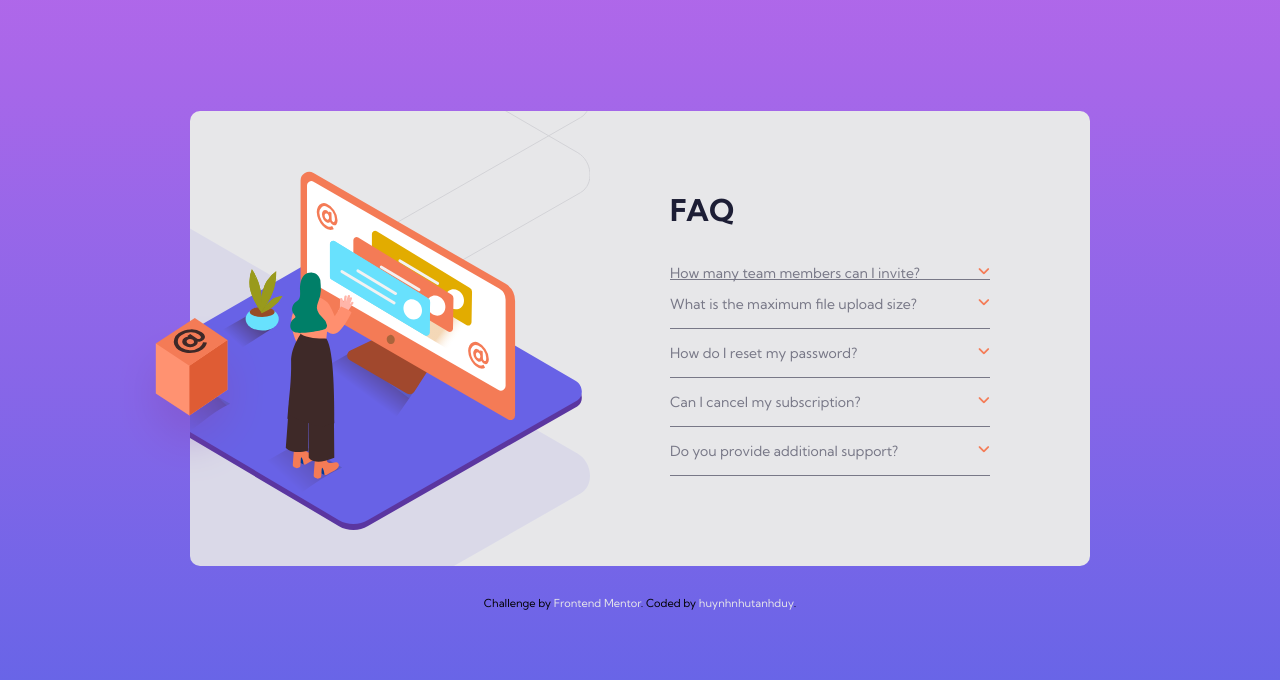
Repository: huynhnhutanhduy/faq-accordion-card
Page: index.html
These files come from the project's save history. The page is drawn as it stood at one moment and after the next save; the edit follows.
The browser window is 1280 px wide. The pictures show the whole page.
After loading, the first visible `div.card-item__header` was clicked once.

Above is the page before, as saved 2022-10-21 20:53:35.

After the next save:
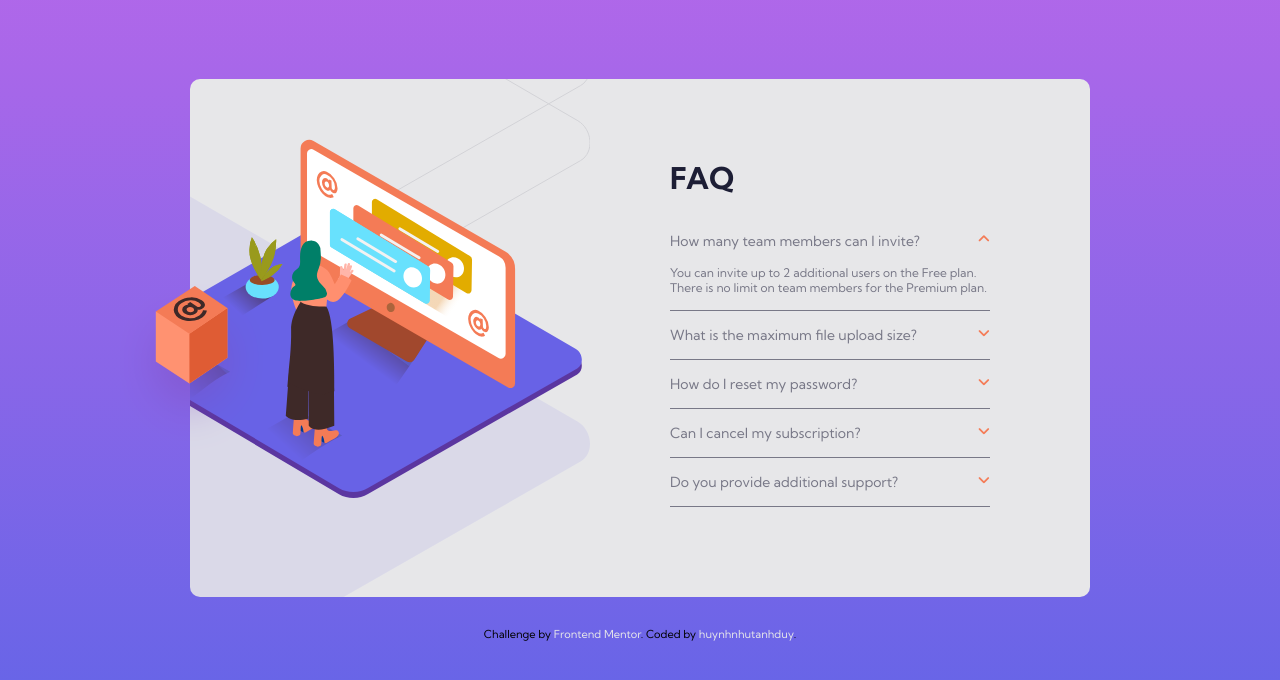
Saved 50 s later.
--- a/app.js
+++ b/app.js
@@ -1,20 +1,14 @@
 const header = document.querySelectorAll(".card-item__header");
 const icon = document.querySelector(".card-item__header-icon");
-// [...header].forEach((item) => item.addEventListener("click", handleClick));
-// function handleClick(e) {
-//   const content = e.target.nextElementSibling;
-//   content.classList.toggle("is-active");
-//   console.log(content.style.height);
-//   console.log(content.offsetHeight);
-//   console.log(content.scrollHeight);
-//   // content.style.height = content.scrollHeight;
+[...header].forEach((item) => item.addEventListener("click", handleClick));
+function handleClick(e) {
+  const content = e.target.nextElementSibling;
+  content.classList.toggle("is-active");
+  console.log(content.style.height);
+  console.log(content.offsetHeight);
+  console.log(content.scrollHeight);
+  // content.style.height = content.scrollHeight;
 
-//   icon.classList.toggle("fa-angle-down");
-//   icon.classList.toggle("fa-angle-up");
-// }
-[...header].forEach((item) =>
-  item.addEventListener("click", function () {
-    this.style.height = "3px";
-    console.log(this.style.height);
-  })
-);
+  icon.classList.toggle("fa-angle-down");
+  icon.classList.toggle("fa-angle-up");
+}
